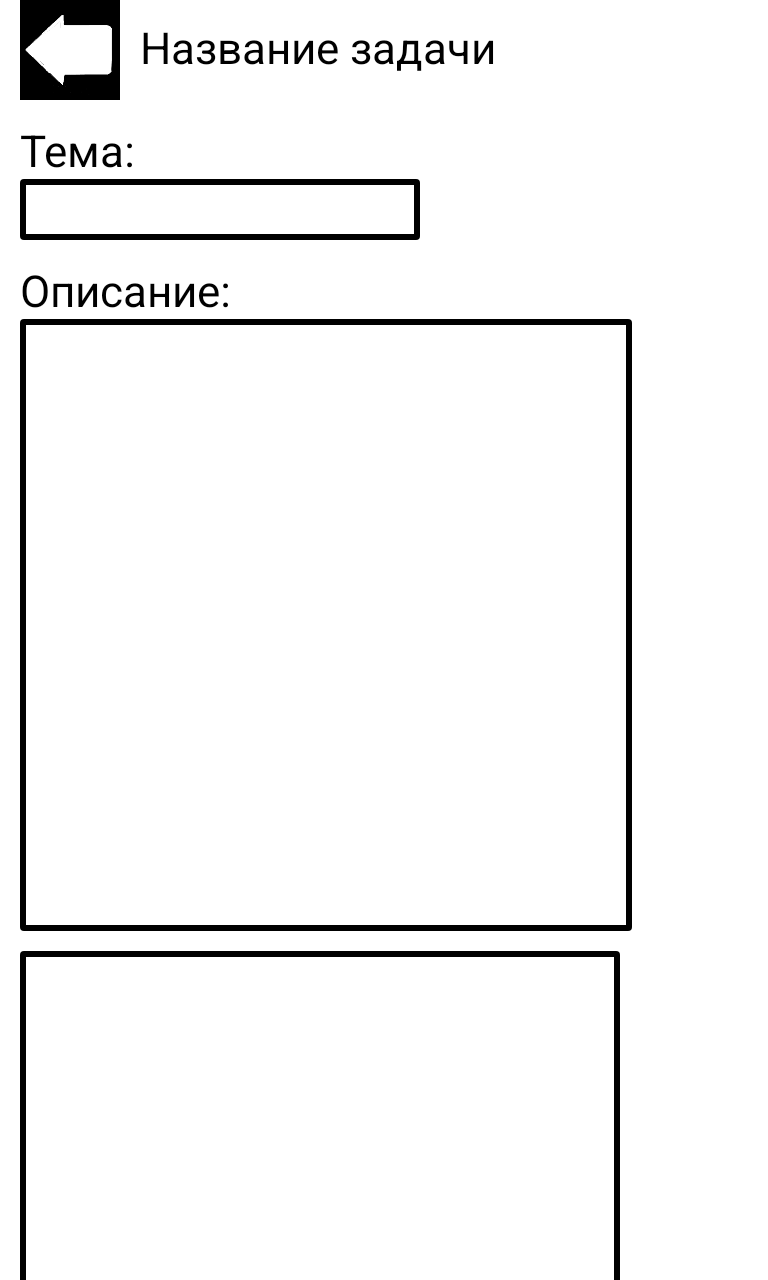
Repository: webguild/RedmineMobile
Layout: Android/RedmineAndroid/res/layout/project_task_edit.xml
An editor plug-in stored every save of this project. The layout is shown before and after the next save, followed by the edit.
It is drawn on a 768 x 1280 px phone screen (xhdpi) without system bars, with theme AppTheme; the app's code is not run. Lists and similar views that code fills are empty.

Above is the layout before, as saved 2013-01-18 12:43:32.

### Android/RedmineAndroid/res/layout/project_task_edit.xml
<?xml version="1.0" encoding="utf-8"?>
<LinearLayout xmlns:android="http://schemas.android.com/apk/res/android"
    android:layout_width="match_parent"
    android:layout_height="match_parent"
    android:orientation="vertical"
    android:paddingLeft="10dp" >





    <LinearLayout
        android:layout_width="match_parent"
        android:layout_height="wrap_content" >

        <Button
            android:id="@+id/button1"
            android:layout_width="50dp"
            android:layout_height="50dp"
            android:background="@drawable/backbutton" />

        <TextView
            android:id="@+id/textView1"
            android:layout_width="wrap_content"
            android:layout_height="wrap_content"
            android:layout_marginLeft="10dp"
            android:text="Название задачи"
            android:textAppearance="?android:attr/textAppearanceLarge" />

    </LinearLayout>

    <TextView
        android:id="@+id/textView2"
        android:layout_width="wrap_content"
        android:layout_height="wrap_content"
        android:layout_marginTop="10dp"
        android:text="Тема:"
        android:textAppearance="?android:attr/textAppearanceLarge" />

    <LinearLayout
        android:layout_width="410dp"
        android:layout_height="wrap_content" >

        <LinearLayout
            android:layout_width="200dp"
            android:layout_height="match_parent"
            android:layout_weight="0.00"
            android:background="@drawable/customborder" >

            <EditText
                android:id="@+id/editText2"
                android:layout_width="197dp"
                android:layout_height="wrap_content"
                android:layout_weight="0.03"
                android:background="#fff"
                android:maxLines="1" />

        </LinearLayout>

    </LinearLayout>

    <TextView
        android:id="@+id/textView3"
        android:layout_width="wrap_content"
        android:layout_height="wrap_content"
        android:layout_marginTop="10dp"
        android:text="Описание:"
        android:textAppearance="?android:attr/textAppearanceLarge" />

    <FrameLayout
        android:layout_width="wrap_content"
        android:layout_height="wrap_content"
        android:background="@drawable/customborder" >

        <EditText
            android:id="@+id/editText3"
            android:layout_width="300dp"
            android:layout_height="300dp"
            android:background="#fff"
            android:ems="10"
            android:gravity="top|left"
            android:inputType="textMultiLine"
            android:maxLines="30" />

    </FrameLayout>

    <LinearLayout
        android:layout_width="300dp"
        android:layout_height="500dp"
        android:layout_marginTop="10dp"
        android:background="@drawable/customborder" >

        <ListView
            android:id="@+id/listView1"
            android:layout_width="300dp"
            android:layout_height="500dp"
            android:background="#fff"
            android:scrollbars="vertical" >

        </ListView>

    </LinearLayout>

    <Button
        android:id="@+id/button2"
        android:layout_width="105dp"
        android:layout_height="50dp"
        android:layout_marginLeft="100dp"
        android:layout_marginTop="10dp"
        android:background="@drawable/darkgreybutton"
        android:text="Сохранить"
        android:textColor="#fff" />

</LinearLayout>

### Android/RedmineAndroid/res/drawable/customborder.xml
<?xml version="1.0" encoding="utf-8"?>
<shape xmlns:android="http://schemas.android.com/apk/res/android"
    android:shape="rectangle" >
   <corners android:radius="2dp"/>
   <padding android:left="3dp" android:right="3dp" android:top="3dp" android:bottom="3dp"/>
   <solid android:color="#000000"/>


</shape>

Loaded but not shown: Android/RedmineAndroid/res/values/styles.xml (common file); Android/RedmineAndroid/res/values-v11/styles.xml (common file)

After the next save:
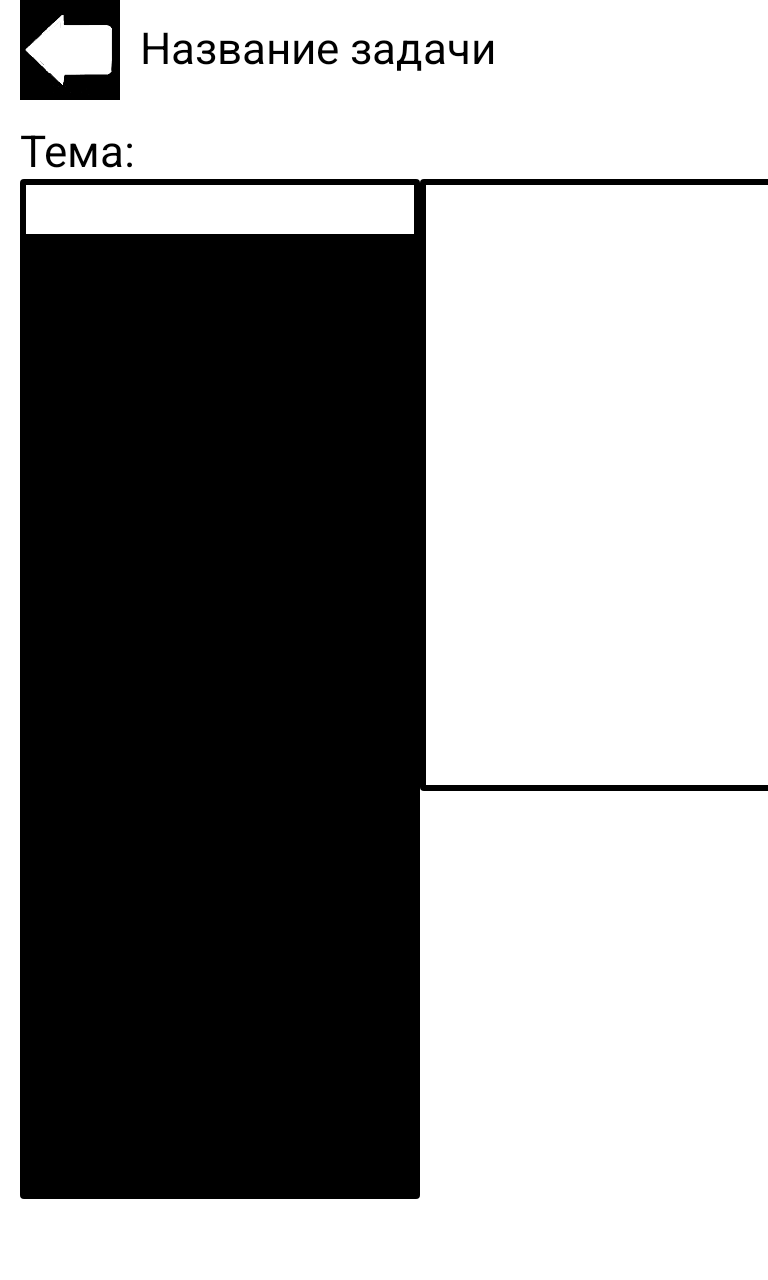
Saved 21 s later.
--- a/Android/RedmineAndroid/res/layout/project_task_edit.xml
+++ b/Android/RedmineAndroid/res/layout/project_task_edit.xml
@@ -57,15 +57,7 @@
 
         </LinearLayout>
 
-    </LinearLayout>
 
-    <TextView
-        android:id="@+id/textView3"
-        android:layout_width="wrap_content"
-        android:layout_height="wrap_content"
-        android:layout_marginTop="10dp"
-        android:text="Описание:"
-        android:textAppearance="?android:attr/textAppearanceLarge" />
 
     <FrameLayout
         android:layout_width="wrap_content"
